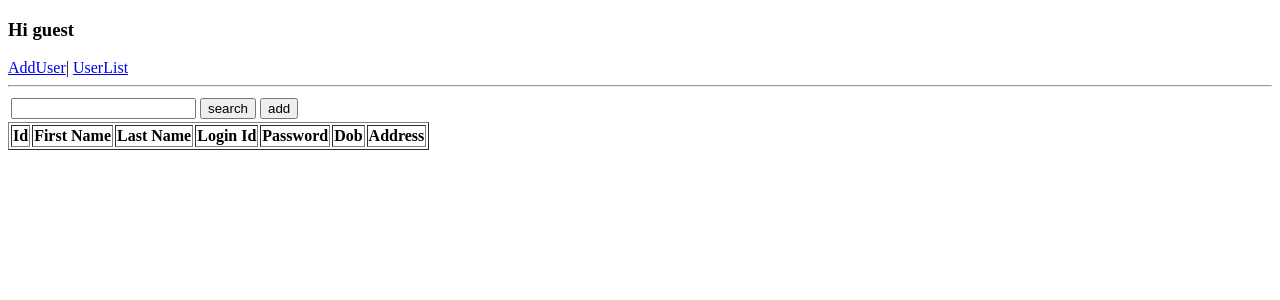
Repository: rish1208/Advance_java
Page: http://localhost/Use-case/UserListCtl
An editor plug-in stored every save of this project. The page is shown before and after the next save, followed by the edit.
The browser window is 1280 px wide. The pictures show the whole page.
The page is served by Tomcat 9. Other server files are loaded and not shown. Queries for data that is not in the repository find no rows.

Above is the page before, as saved 2024-04-07 10:41:49.

### Advance java Workspace/Use-case/WebContent/UserListView.jsp
<%@page import="in.co.rays.bean.UserBean"%>
<%@page import="java.util.Iterator"%>
<%@page import="javax.security.auth.message.callback.PrivateKeyCallback.Request"%>
<%@page import="java.util.List"%>
<%@ page language="java" contentType="text/html; charset=ISO-8859-1"
	pageEncoding="ISO-8859-1"%>
<!DOCTYPE html>
<html>
<head>
<meta charset="ISO-8859-1">
<title>Insert title here</title>
</head>
<body>
	<%

		List list = (List)request.getAttribute("list");
	Iterator it = list.iterator();
	%>

	<%@include file="Header.jsp"%>
	<form action="UserListCtl" method="post">
	<table>
			<tr>
				<td><input type="text" name="firstName"></td>
				<td><input type="submit" name="operation" value="search"></td>
				<td><input type="submit" name="operation" value="add"></td>
			</tr>
		</table>
		<table border="1%">

			<tr>
			     <th>Id</th>
				<th>First Name</th>
				<th>Last Name</th>
				<th>Login Id</th>
				<th>Password</th>
				<th>Dob</th>
				<th>Address</th>
			</tr>

			<%
			while(it.hasNext()){
				UserBean bean = (UserBean)it.next();
			%>

			<tr>

			<td><%=bean.getId() %></td>
			<td><%=bean.getFirstName() %></td>
			<td><%=bean.getLastName() %></td>
			<td><%=bean.getLoginId() %></td>
			<td><%=bean.getPassword() %></td>
			<td><%=bean.getDob() %></td>
			<td><%=bean.getAddress() %></td>
			<%} %>
			</tr>
		</table>
	</form>

</body>
</html>

### Advance java Workspace/Use-case/WebContent/Header.jsp
<%@ page language="java" contentType="text/html; charset=ISO-8859-1"
    pageEncoding="ISO-8859-1"%>
<!DOCTYPE html>
<html>
<head>
<meta charset="ISO-8859-1">
<title>Insert title here</title>
</head>
<body>
<h3>Hi   guest</h3>
<a href = "UserCtl">AddUser</a>|
<a href = "UserListCtl">UserList</a>
<hr>
</body>
</html>

### Advance java Workspace/Use-case/src/in/co/rays/ctl/UserListCtl.java
package in.co.rays.ctl;

import java.io.IOException;
import java.util.List;

import javax.servlet.RequestDispatcher;
import javax.servlet.ServletException;
import javax.servlet.annotation.WebServlet;
import javax.servlet.http.HttpServlet;
import javax.servlet.http.HttpServletRequest;
import javax.servlet.http.HttpServletResponse;

import in.co.rays.model.UserModel;

@WebServlet("/UserListCtl")
public class UserListCtl  extends HttpServlet{
	@Override
	protected void doGet(HttpServletRequest req, HttpServletResponse resp) throws ServletException, IOException {

		UserModel model = new UserModel();
		try {
			List list= model.search(null, 1, 0);
			req.setAttribute("list", list);

			RequestDispatcher rd = req.getRequestDispatcher("UserListView.jsp");
			rd.forward(req, resp);
		} catch (Exception e) {

			e.printStackTrace();
		}


	}

}

### Advance java Workspace/Use-case/src/in/co/rays/model/UserModel.java
package in.co.rays.model;

import java.sql.Connection;
import java.sql.Date;
import java.sql.DriverManager;
import java.sql.PreparedStatement;
import java.sql.ResultSet;
import java.util.ArrayList;
import java.util.Iterator;
import java.util.List;

import in.co.rays.bean.UserBean;

public class UserModel {


	public static Integer nextPk() throws Exception {

		int pk = 0;

		Class.forName("com.mysql.cj.jdbc.Driver");

		Connection conn = DriverManager.getConnection("jdbc:mysql://localhost:3306/pratise", "root", "root");

		PreparedStatement pstmt = conn.prepareStatement("select max(id) from user");

		ResultSet rs = pstmt.executeQuery();

		while (rs.next()) {

			pk = rs.getInt(1);

		}
		return pk + 1;
}
	public static void add(UserBean bean) throws Exception{
		int pk = nextPk();
		Class.forName("com.mysql.cj.jdbc.Driver");
		Connection conn= DriverManager.getConnection("jdbc:mysql://localhost:3306/pratise","root","root");
		PreparedStatement pstmt = conn.prepareStatement("insert into user values(?,?,?,?,?,?,?)");

		pstmt.setInt(1, pk);
		pstmt.setString(2, bean.getFirstName());
		pstmt.setString(3, bean.getLastName());
		pstmt.setString(4, bean.getLoginId());
		pstmt.setString(5, bean.getPassword());
		pstmt.setDate(6, new java.sql.Date(bean.getDob().getTime()));
		pstmt.setString(7, bean.getAddress());

		int i = pstmt.executeUpdate();
		System.out.println("data added"+1);


	}
	public static void update(UserBean bean) throws Exception{
		Class.forName("com.mysql.cj.jdbc.Driver");
		Connection conn= DriverManager.getConnection("jdbc:mysql://localhost:3306/pratise","root","root");
		PreparedStatement pstmt = conn.prepareStatement("update user set first_name=?, last_name=?, login_id=?, password=?, dob=?,address=? where id=?");


		pstmt.setString(2, bean.getFirstName());
		pstmt.setString(1, bean.getLastName());
		pstmt.setString(3, bean.getLoginId());
		pstmt.setString(4, bean.getPassword());
		pstmt.setDate(5, new java.sql.Date(bean.getDob().getTime()));
		pstmt.setString(6, bean.getAddress());
		pstmt.setInt(7, bean.getId());
		int i = pstmt.executeUpdate();
		System.out.println("data updated"+1);
}
	public static void delete(int id) throws Exception{
		int pk= nextPk();
		Class.forName("com.mysql.cj.jdbc.Driver");
		Connection conn= DriverManager.getConnection("jdbc:mysql://localhost:3306/pratise","root","root");
		PreparedStatement pstmt = conn.prepareStatement("delete from user where id=?");

		pstmt.setInt(1, id);
		int i = pstmt.executeUpdate();
		System.out.println("data deleted"+1);
	}
	public  UserBean findByPk(int id) throws Exception{

		Class.forName("com.mysql.cj.jdbc.Driver");
		Connection conn= DriverManager.getConnection("jdbc:mysql://localhost:3306/pratise","root","root");
		PreparedStatement pstmt = conn.prepareStatement("select * from user where id =?");
		pstmt.setInt(1, id);
		ResultSet rs = pstmt.executeQuery();
		UserBean bean = new UserBean();
		while(rs.next()) {
			bean = new UserBean();
			bean.setId(rs.getInt(1));
			bean.setFirstName(rs.getString(2));
			bean.setLastName(rs.getString(3));
			bean.setLoginId(rs.getString(4));
			bean.setPassword(rs.getString(5));
			bean.setDob(rs.getDate(6));
			bean.setAddress(rs.getString(7));
		}
		return bean;
	}
	public  UserBean Authentication(String loginId, String password) throws Exception{

		Class.forName("com.mysql.cj.jdbc.Driver");
		Connection conn= DriverManager.getConnection("jdbc:mysql://localhost:3306/pratise","root","root");
		PreparedStatement pstmt = conn.prepareStatement("select * from user where login_id =? and password=?");
		pstmt.setString(1, loginId);
		pstmt.setString(2, password);
		ResultSet rs = pstmt.executeQuery();
		UserBean bean = new UserBean();
		while(rs.next()) {
			bean = new UserBean();
			bean.setId(rs.getInt(1));
			bean.setFirstName(rs.getString(2));
			bean.setLastName(rs.getString(3));
			bean.setLoginId(rs.getString(4));
			bean.setPassword(rs.getString(5));
			bean.setDob(rs.getDate(6));
			bean.setAddress(rs.getString(7));
		}
		return bean;
	}

//public  List search(UserBean bean) throws Exception{
//
//		Class.forName("com.mysql.cj.jdbc.Driver");
//		Connection conn= DriverManager.getConnection("jdbc:mysql://localhost:3306/pratise","root","root");
//		StringBuffer sql = new StringBuffer("select * from user where 1=1");
//		if(bean !=null) {
//			if(bean.getFirstName() !=null && bean.getFirstName().length()>0) {
//				sql.append(" and first_name like ' " + bean.getFirstName()+ " % ' ");
//
//			}
//
//		if(bean.getDob() !=null && bean.getDob().getTime()>0) {
//			sql.append("and dob like'"+ new java.sql.Date(bean.getDob().getTime())+"%'");
//		}
//		}
//		PreparedStatement pstmt = conn.prepareStatement(sql.toString());
//		List list = new ArrayList();
//		ResultSet rs = pstmt.executeQuery();
//		while(rs.next()) {
//			bean.setId(rs.getInt(1));
//			bean.setFirstName(rs.getString(2));
//			bean.setLastName(rs.getString(3));
//			bean.setLoginId(rs.getString(4));
//			bean.setPassword(rs.getString(5));
//			bean.setDob(rs.getDate(6));
//			bean.setAddress(rs.getString(7));
//		}
//		return list;
//
//}

	public List search(UserBean bean, int pageNo, int pageSize) throws Exception {

	int pk = nextPk();

		Class.forName("com.mysql.cj.jdbc.Driver");

		Connection conn = DriverManager.getConnection("jdbc:mysql://localhost:3306/pratise", "root", "root");

		StringBuffer sql = new StringBuffer("select * from user where 1=1");

		if (bean != null) {

			if (bean.getFirstName() != null && bean.getFirstName().length() > 0) {
				sql.append(" and first_name like '" + bean.getFirstName() + "%'");
			}

			if (bean.getDob() != null && bean.getDob().getTime() > 0) {
				sql.append(" and dob like '" + new java.sql.Date(bean.getDob().getTime()) + "%'");
			}

		}

		if (pageSize > 0) {

			pageNo = (pageNo - 1) * pageSize;

			sql.append(" limit " + pageNo + ", " + pageSize);
		}

		System.out.println("sql => " + sql);

		PreparedStatement ps = conn.prepareStatement(sql.toString());

		ResultSet rs = ps.executeQuery();

		List list = new ArrayList();

		while (rs.next()) {
			bean = new UserBean();
			bean.setId(rs.getInt(1));
			bean.setFirstName(rs.getString(2));
			bean.setLastName(rs.getString(3));
			bean.setLoginId(rs.getString(4));
			bean.setPassword(rs.getString(5));
			bean.setDob(rs.getDate(6));
			bean.setAddress(rs.getString(7));
			list.add(bean);
		}
		return list;
	}
}

After the next save:
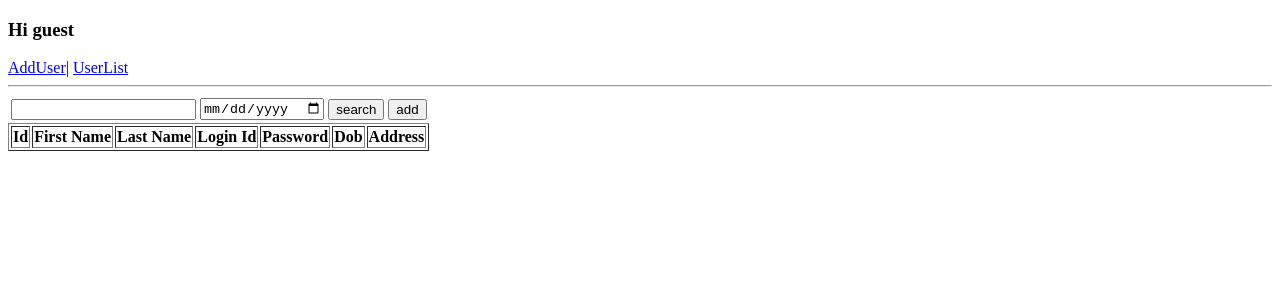
Saved 39 s later.
--- a/Advance java Workspace/Use-case/WebContent/UserListView.jsp
+++ b/Advance java Workspace/Use-case/WebContent/UserListView.jsp
@@ -22,6 +22,7 @@
 	<table>
 			<tr>
 				<td><input type="text" name="firstName"></td>
+				<td><input type="Date" name="dob"></td>
 				<td><input type="submit" name="operation" value="search"></td>
 				<td><input type="submit" name="operation" value="add"></td>
 			</tr>
